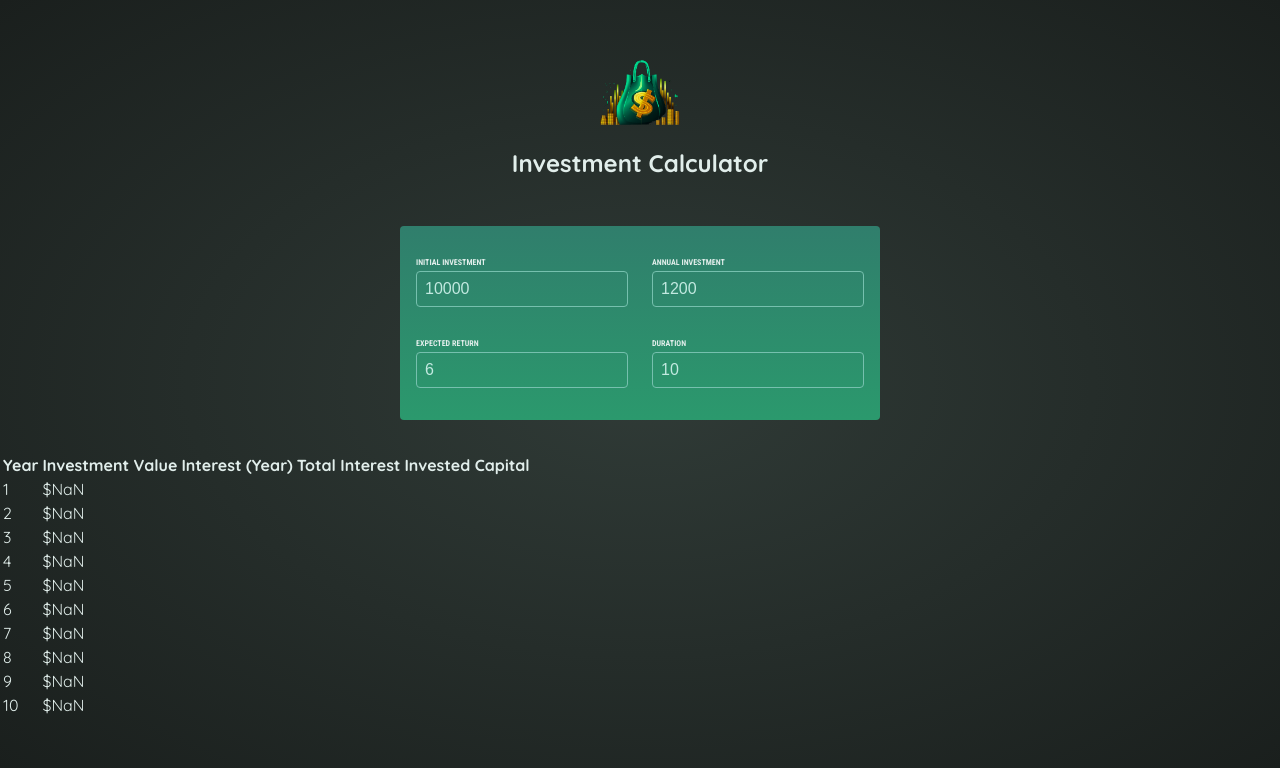
Repository: ooluchi/prac-investment-calculator
Page: /
These files come from the project's save history. The page is drawn as it stood at one moment and after a run of saves; the edit follows.
The browser window is 1280 px wide. The pictures show the whole page.
The project was rebuilt for these pictures with package versions that can differ from the ones it lists, and the page was loaded fresh each time. Also part of the build but not shown: vite.config.js.

Above is the page before, as saved 2024-11-13 15:06:29.

After the next 3 saves:
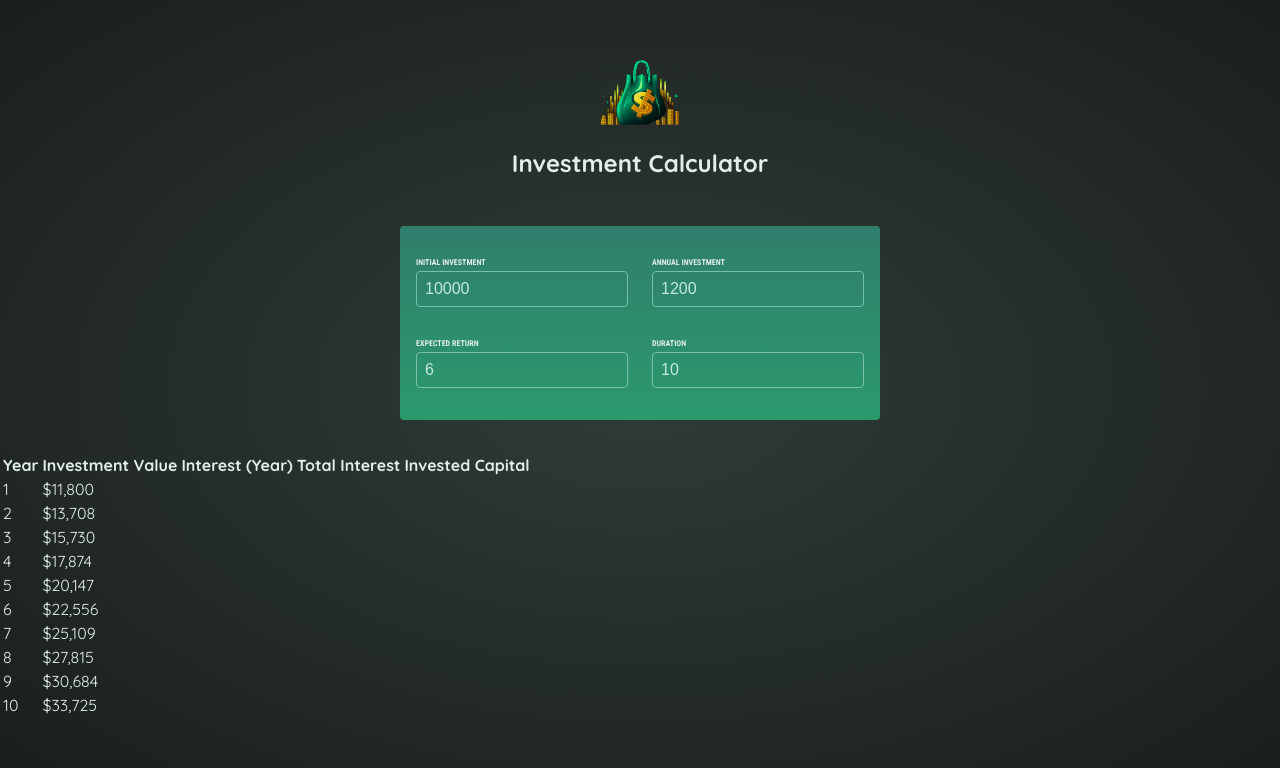
The 3 saves are shown as one change because they came seconds apart.
The last was saved 9 s later.
--- a/src/components/Results.jsx
+++ b/src/components/Results.jsx
@@ -19,7 +19,7 @@ export default function Results ({ input }) {
                     return (
                         <tr key={yearData.year}>
                             <td>{yearData.year}</td>
-                            <td>{formatter.format()}</td>
+                            <td>{formatter.format(yearData.valueEndOfYear)}</td>
                             <td></td>
                             <td></td>
                             <td></td>
